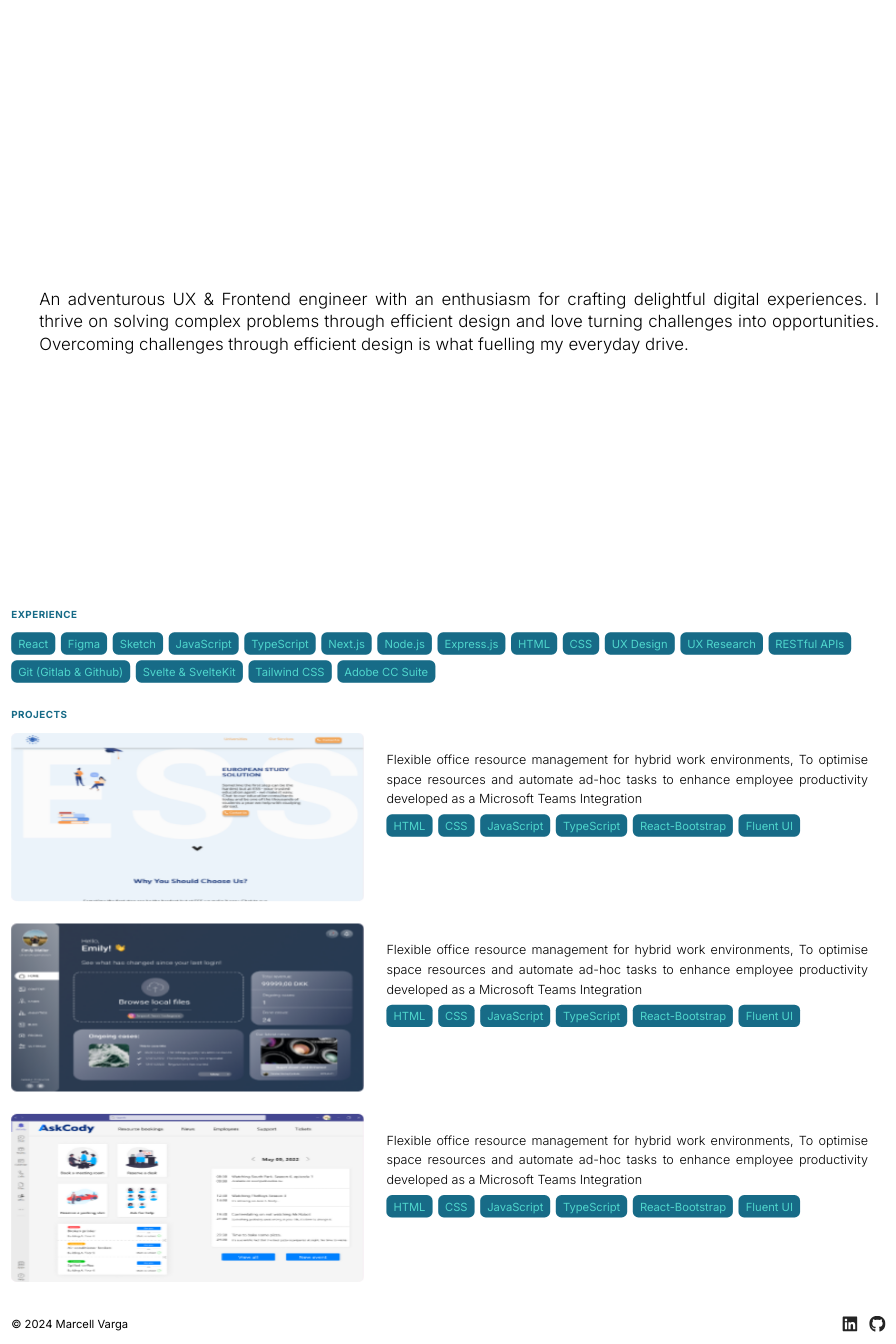
Repository: TheMarcellVarga/personal-portfolio-v.2
Page: /
The author's editor kept a copy of each file at every save. The page is drawn from the files as they stood at one save, then again after the next save.
The browser window is 1280 px wide. The pictures show the part of the page from y = 705 to 2625 px (the page is 2625 px tall), at 70% of full size.
The project was rebuilt for these pictures with package versions that can differ from the ones it lists, and the page was loaded fresh each time. The framework's server and built-in components were replaced by stand-ins that run in the browser. Also part of the build but not shown: next.config.mjs.

Above is the page before, as saved 2024-04-25 01:06:29.

After the next save:
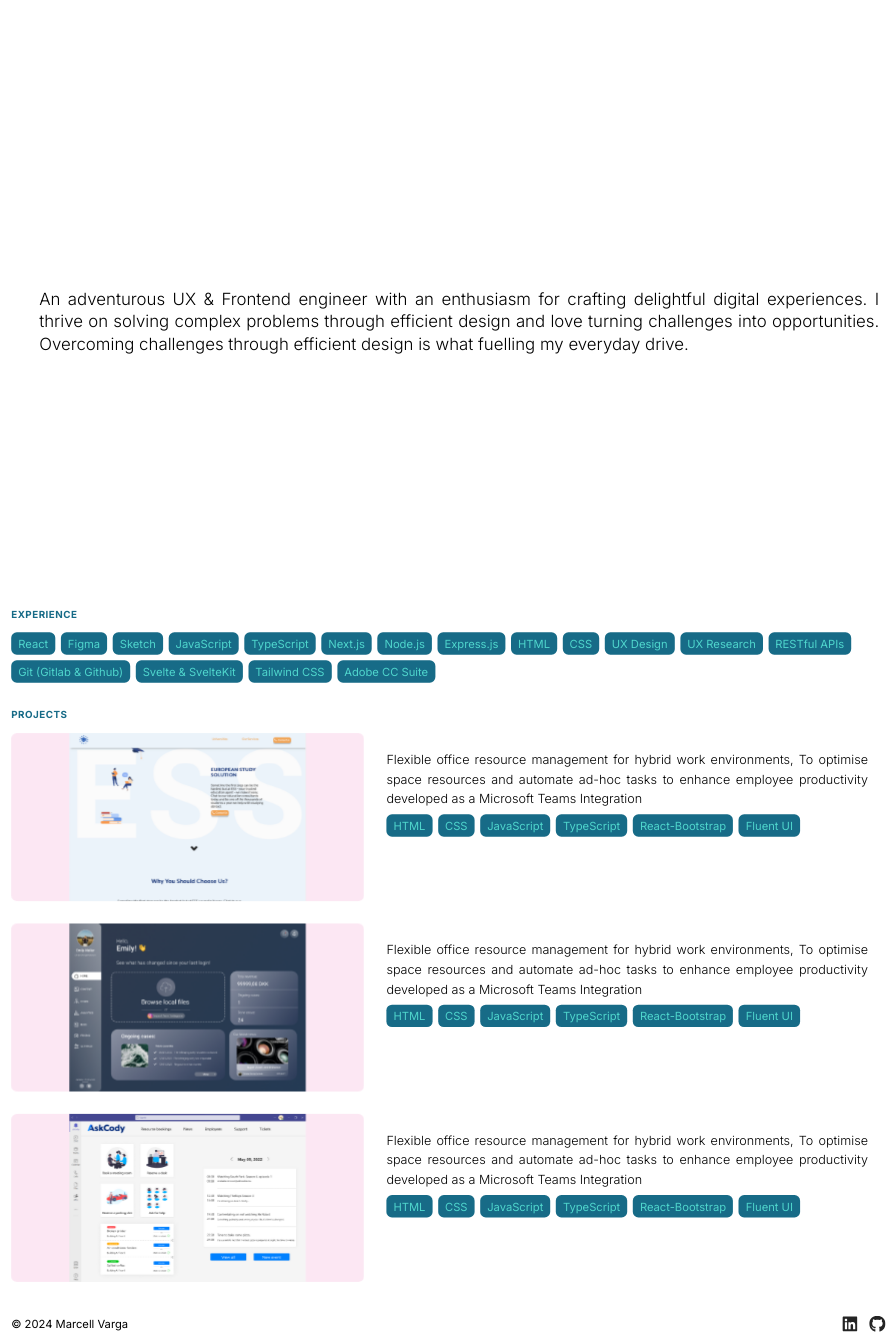
Saved 117 s later.
--- a/app/page.tsx
+++ b/app/page.tsx
@@ -245,7 +245,7 @@ export default function Page() {
                       src={project.image} // Use the image path from the project object
                       alt={project.title} // Use the project title as the alt text
                       layout="fill" // Make the image fill its container
-                      objectFit="fill" // Adjust the image's aspect ratio to cover the container
+                      objectFit="contain" // Adjust the image's aspect ratio to cover the container
                     />
                   </div>
                 </div>
